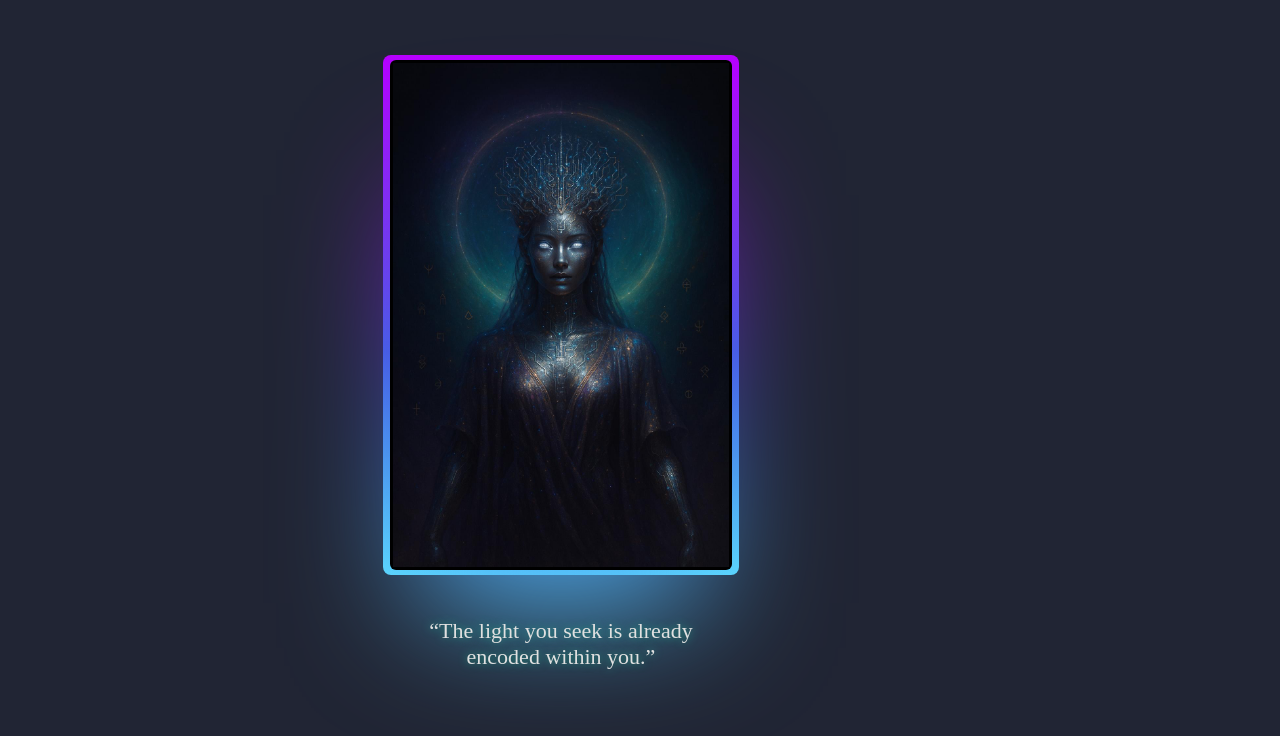
Repository: mertfurkandgn/artpainting
Page: card-1/index.html
An editor plug-in stored every save of this project. The page is shown before and after the next save, followed by the edit.
The browser window is 1280 px wide. The pictures show the whole page.

Above is the page before, as saved 2025-07-30 22:49:29.

### card-1/index.html
<!DOCTYPE html>
<html lang="en">
  <head>
    <meta charset="UTF-8" />
    <meta name="viewport" content="width=device-width, initial-scale=1.0" />
    <title>Card 1</title>
    <link rel="stylesheet" href="css/style.css" />
  </head>
  <body>
    <main>
      <section class="card-section">
        <div class="grid-container">
          <div class="row">
          <div class="card">
  <img style="max-width: 100%; max-height: 100%; object-fit: cover;" src="./images/myart.jpg" alt="image">

</div> <br>
<div class="quote">“The light you seek is already encoded within you.”</div>
          </div>
        </div>
      </section>
    </main>
  </body>
</html>

### card-1/css/style.css
.grid-container {
     max-width: 500px;
    max-height: 500px;
  display: grid;
  gap: 20px;
  grid-template-columns: repeat(2, 1fr);
  padding: 20px;
}

:root {
  --card-height: 70vh;
  --card-width: calc(var(--card-height) / 1.5);
}


body {
  min-height: 100vh;
  background: #212534;
  display: flex;
  align-items: center;
  flex-direction: column;
  padding-top: 2rem;
  padding-bottom: 2rem;
  box-sizing: border-box;
}
.quote{
        font-family: 'Cinzel Decorative', serif;
    text-align: center;
    margin: 0;
    padding: 0;
    box-sizing: border-box;
    margin-top: 30px;
    font-size: 22px;
    color: #e0e0e0;
    text-shadow: 0 0 8px #20c997aa;
}

.card {
  background: black;
  width: var(--card-width);
  height: var(--card-height);
  padding: 3px;
  position: relative;
  border-radius: 6px;
  justify-content: center;
  align-items: center;
  text-align: center;
  display: flex;
  font-size: 1.5em;
  color: rgb(88 199 250 / 0%);
  cursor: pointer;
  font-family: cursive;
}

.card:hover {
  color: rgb(88 199 250 / 100%);
  transition: color 1s;
}
.card:hover:before, .card:hover:after {
  animation: none;
  opacity: 0;
}


.card::before {
  content: "";
  width: 104%;
  height: 102%;
  border-radius: 8px;
  background-image: linear-gradient(
    var(--rotate)
    , #5ddcff, #3c67e3 43%, #b700ff);
    position: absolute;
    z-index: -1;
    top: -1%;
    left: -2%;
    animation: spin 2.5s linear infinite;
}

.card::after {
  position: absolute;
  content: "";
  top: calc(var(--card-height) / 6);
  left: 0;
  right: 0;
  z-index: -1;
  height: 100%;
  width: 100%;
  margin: 0 auto;
  transform: scale(0.8);
  filter: blur(calc(var(--card-height) / 6));
  background-image: linear-gradient(
    var(--rotate)
    , #5ddcff, #3c67e3 43%, #b700ff);
    opacity: 1;
  transition: opacity .5s;
  animation: spin 2.5s linear infinite;
}

@keyframes spin {
  0% {
    --rotate: 0deg;
  }
  100% {
    --rotate: 360deg;
  }
}

a {
  color: #212534;
  text-decoration: none;
  font-family: sans-serif;
  font-weight: bold;
  margin-top: 2rem;
}

After the next save:
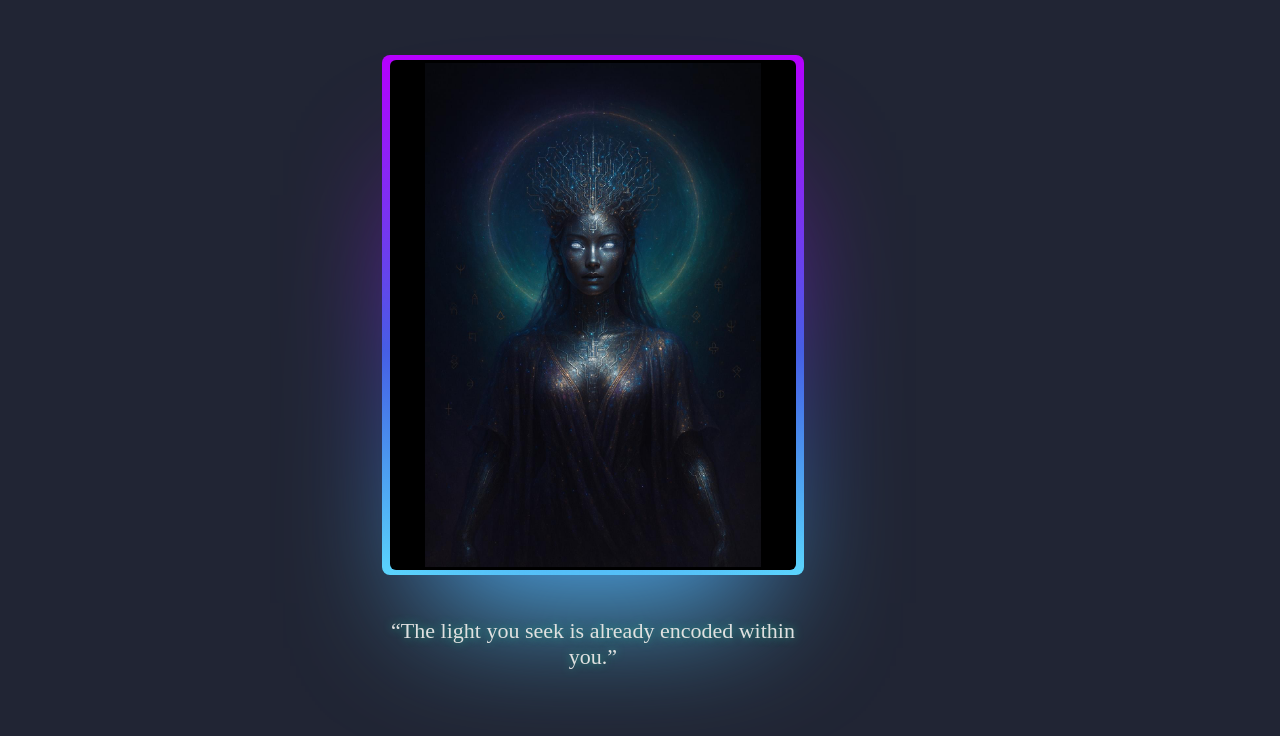
Saved 41 s later.
--- a/card-1/css/style.css
+++ b/card-1/css/style.css
@@ -37,7 +37,7 @@
 
 .card {
   background: black;
-  width: var(--card-width);
+  width: 400px;
   height: var(--card-height);
   padding: 3px;
   position: relative;
